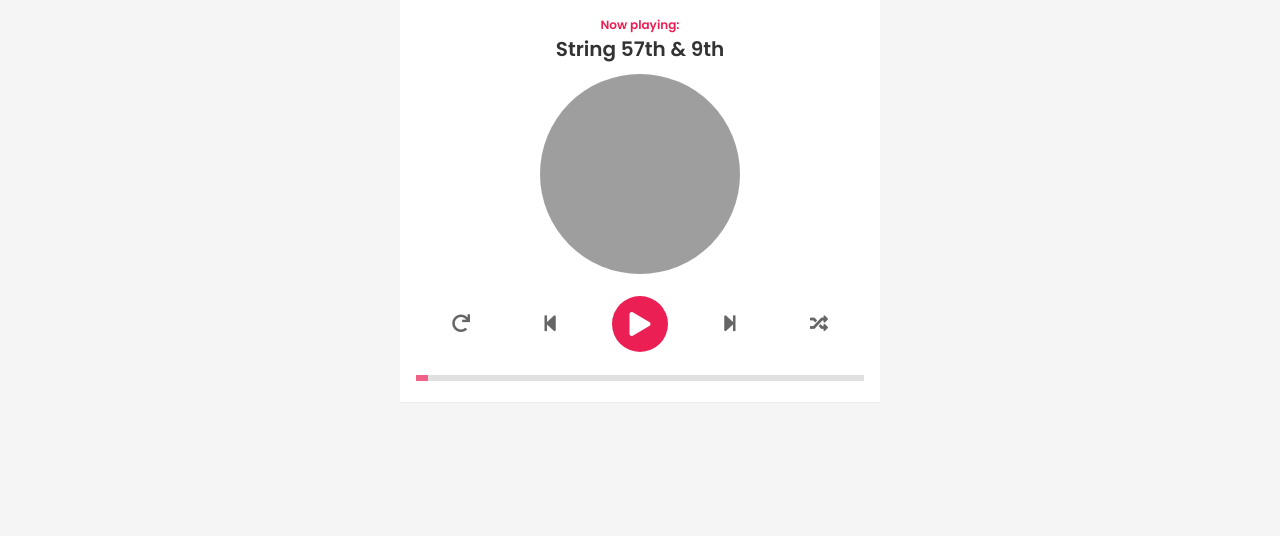
Repository: MinhNhatIT2901/Mp3-clon
Page: index.html
These files come from the project's save history. The page is drawn as it stood at one moment and after the next save; the edit follows.
The browser window is 1280 px wide. The pictures show the whole page.
Pictures or frames that could not be fetched are drawn as grey boxes.

Above is the page before, as saved 2022-01-01 13:51:29.

After the next save:
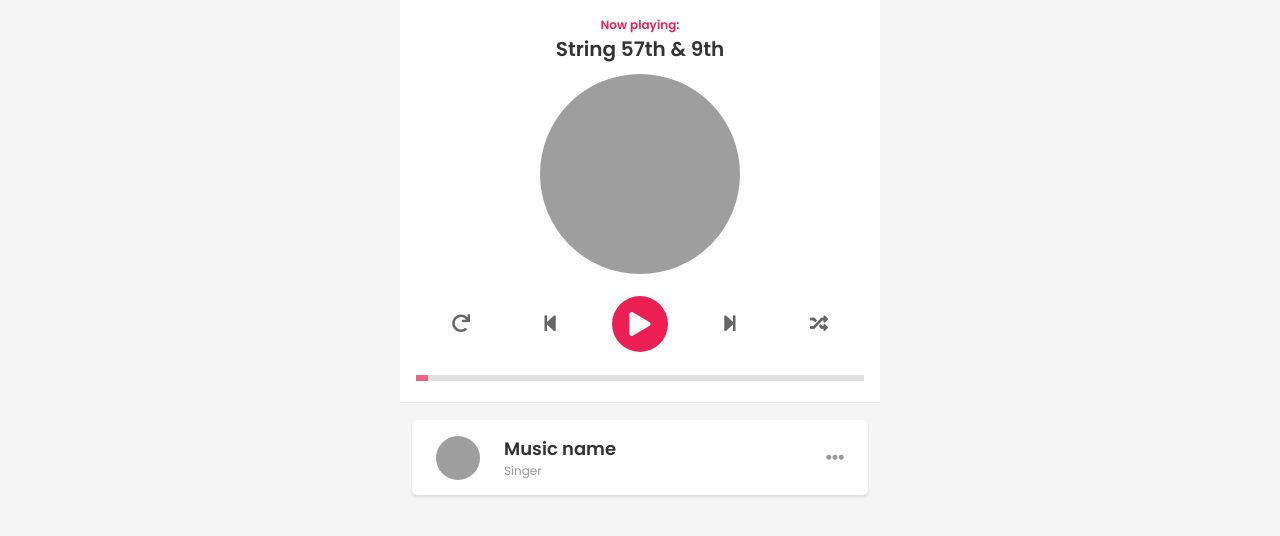
Saved 3 min 4 s later.
--- a/index.html
+++ b/index.html
@@ -140,23 +140,24 @@
             ],
 
             render: function() {
-                const htmls = this.songs.map(song => {
-                    return
-                    `
-                    <div class="song">
-                        <div class="thumb" style="background-image: url('${song.image}')">
-                        </div>
-                        <div class="body">
-                            <h3 class="title">${song.name}</h3>
-                            <p class="author">${song.singer}</p>
-                        </div>
-                        <div class="option">
-                            <i class="fas fa-ellipsis-h"></i>
-                        </div>
-                    </div>
-                    `
-                })
-                $('.playlist').innerHTML = htmls.join('');
+                // const htmls = this.songs.map(song => {
+                //     return
+                //     `
+                //     <div class="song">
+                //         <div class="thumb" style="background-image: url('${song.image}')">
+                //         </div>
+                //         <div class="body">
+                //             <h3 class="title">${song.name}</h3>
+                //             <p class="author">${song.singer}</p>
+                //         </div>
+                //         <div class="option">
+                //             <i class="fas fa-ellipsis-h"></i>
+                //         </div>
+                //     </div>
+                //     `
+                // })
+                // $('.playlist').innerHTML = htmls.join('');
+                console.log(123)
             },
 
             start: function() {

After the save that followed:
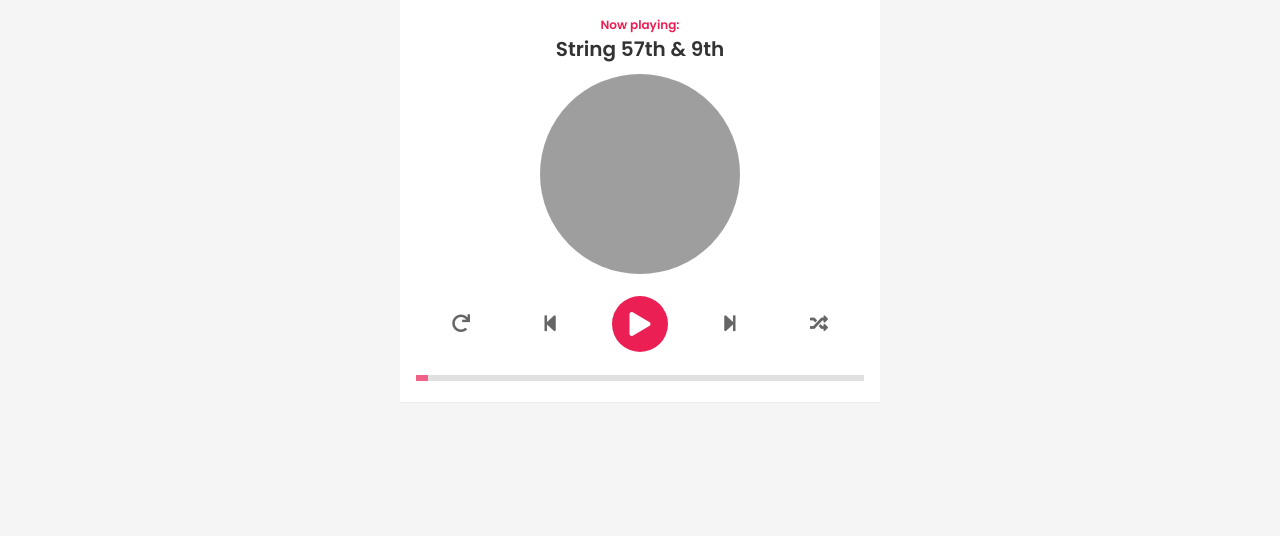
Saved 99 s later.
--- a/index.html
+++ b/index.html
@@ -140,24 +140,23 @@
             ],
 
             render: function() {
-                // const htmls = this.songs.map(song => {
-                //     return
-                //     `
-                //     <div class="song">
-                //         <div class="thumb" style="background-image: url('${song.image}')">
-                //         </div>
-                //         <div class="body">
-                //             <h3 class="title">${song.name}</h3>
-                //             <p class="author">${song.singer}</p>
-                //         </div>
-                //         <div class="option">
-                //             <i class="fas fa-ellipsis-h"></i>
-                //         </div>
-                //     </div>
-                //     `
-                // })
-                // $('.playlist').innerHTML = htmls.join('');
-                console.log(123)
+                const htmls = this.songs.map(song => {
+                    return
+                    `
+                    <div class="song">
+                        <div class="thumb" style="background-image: url('${song.image}')">
+                        </div>
+                        <div class="body">
+                            <h3 class="title">${song.name}</h3>
+                            <p class="author">${song.singer}</p>
+                        </div>
+                        <div class="option">
+                            <i class="fas fa-ellipsis-h"></i>
+                        </div>
+                    </div>
+                    `
+                })
+                $('.playlist').innerHTML = htmls.join('');
             },
 
             start: function() {
